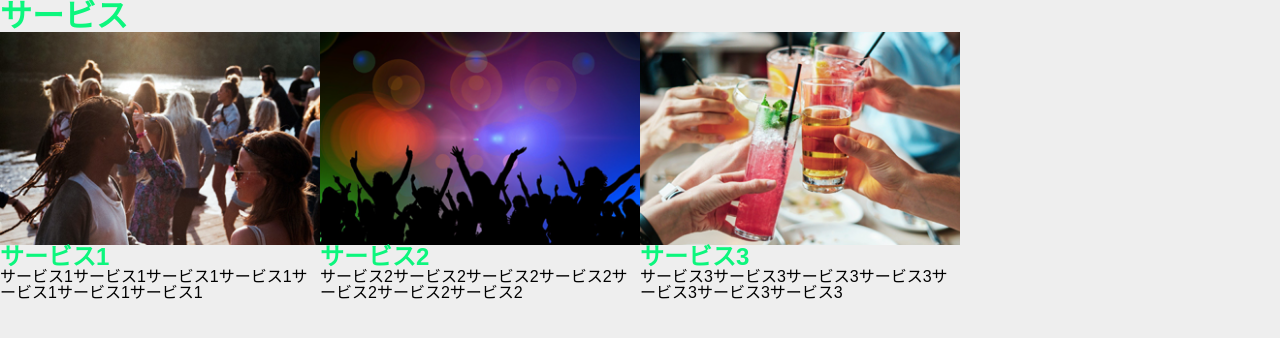
Repository: sonoyama01/dezasuta
Page: 第３回課題/work2/index.html
An editor plug-in stored every save of this project. The page is shown before and after the next save, followed by the edit.
The browser window is 1280 px wide. The pictures show the whole page.

Above is the page before, as saved 2024-04-27 11:35:12.

After the next save:
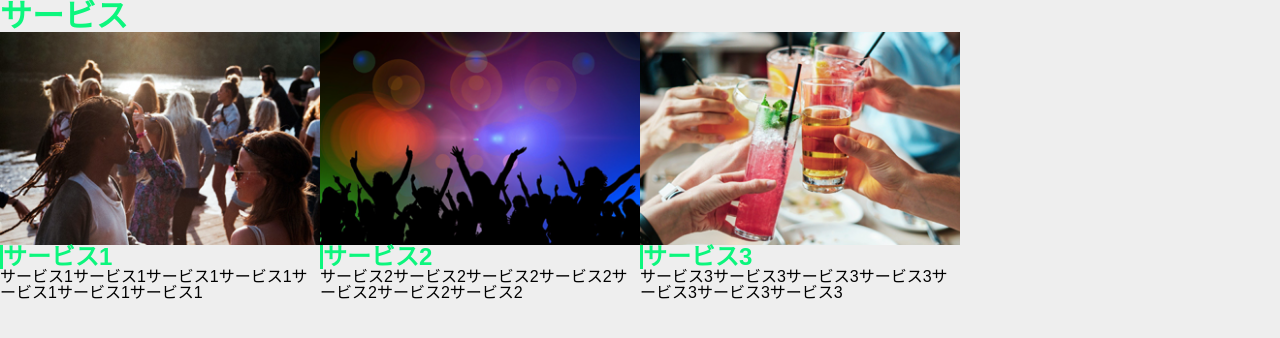
Saved 10 h 59 min later.
--- a/第３回課題/work2/css/style.css
+++ b/第３回課題/work2/css/style.css
@@ -1,18 +1,18 @@
 @charset "utf-8";
 
-body{
-    width: 960px;
-    background-color: #eeeeee ;
+body {
+  width: 960px;
+  background-color: #eeeeee;
 }
-h1{
-    color: rgb(12, 246, 125);
+h1 {
+  color: rgb(12, 246, 125);
 }
 
-h2{
-    color: rgb(12, 246, 125);
-    border-left: rgb(12, 246, 125);
+h2 {
+  color: rgb(12, 246, 125);
+  border-left: 3px solid rgb(12, 246, 125);
 }
-.box{
-    display: flex;
-    justify-content: space-between;
+.box {
+  display: flex;
+  justify-content: space-between;
 }
